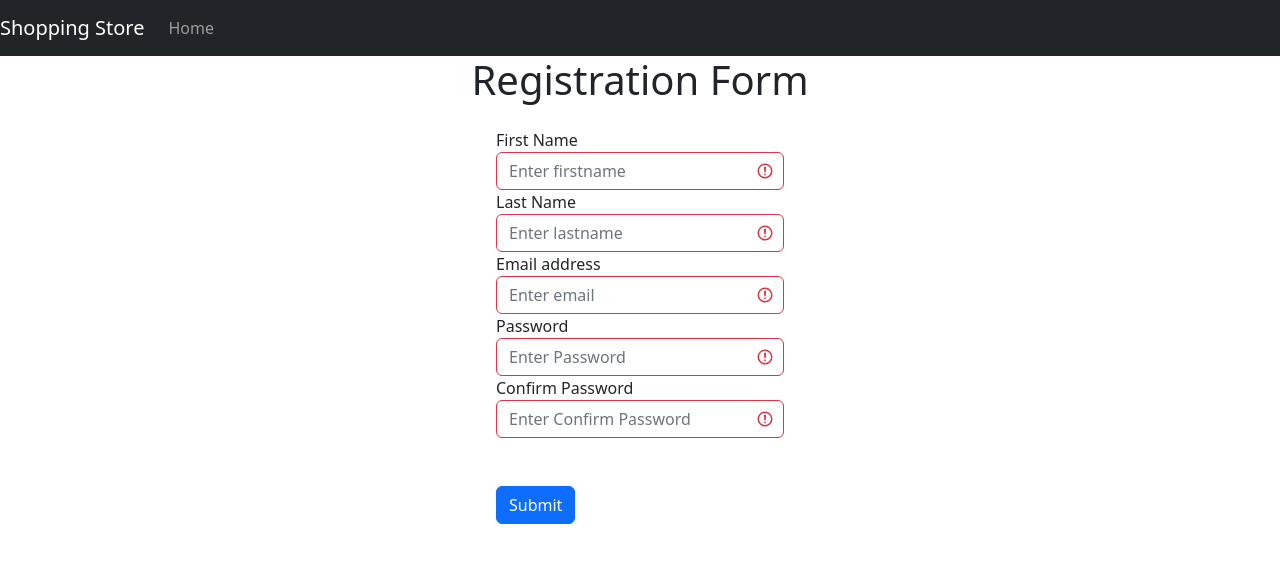
Repository: mayank-gupta0/nagarroproject
Page: http://localhost/SpringMvcServiceLayer/WEB-INF/jsp/register.jsp
The author's editor kept a copy of each file at every save. The page is drawn from the files as they stood at one save, then again after the next save.
The browser window is 1280 px wide. The pictures show the whole page.
The page is served by Tomcat 9. Nobody is signed in. Other server files are loaded and not shown. The template is opened directly, without the code that normally fills it, so the values that code supplies are empty.

Above is the page before, as saved 2022-08-22 12:28:21.

### springmvcworkspace/SpringMvcServiceLayer/src/main/webapp/WEB-INF/jsp/register.jsp
<%@ page language="java" contentType="text/html; charset=ISO-8859-1"
	pageEncoding="ISO-8859-1"%>
<!DOCTYPE html>
<html>
<head>
<meta charset="ISO-8859-1">
<link
	href="https://cdn.jsdelivr.net/npm/bootstrap@5.2.0/dist/css/bootstrap.min.css"
	rel="stylesheet"
	integrity="sha384-gH2yIJqKdNHPEq0n4Mqa/HGKIhSkIHeL5AyhkYV8i59U5AR6csBvApHHNl/vI1Bx"
	crossorigin="anonymous">
<title>Registration Page</title>

</head>
<body>
	<nav class="navbar navbar-expand-lg navbar-dark bg-dark">
		<a class="navbar-brand font-weight-bold" href="home">Shopping
			Store</a>
		<button class="navbar-toggler" type="button" data-toggle="collapse"
			data-target="#navbarSupportedContent"
			aria-controls="navbarSupportedContent" aria-expanded="false"
			aria-label="Toggle navigation">
			<span class="navbar-toggler-icon"></span>
		</button>

		<div class="collapse navbar-collapse" id="navbarSupportedContent">
			<ul class="navbar-nav mr-auto">
				<li class="nav-item"><a class="nav-link" href="home">Home</a></li>

			</ul>
		</div>
	</nav>
	<h1 class="text-center">Registration Form</h1>
	<div class="container w-25 p-3">
		<form class="was-validated" id="regForm" modelAttribute="UserResponse"
			action="registerProcess" method="post">

			<div class="form-group">
				<label for="exampleInputPassword1">First Name</label> <input
					type="text" class="form-control" id="exampleInputfirstname"
					placeholder="Enter firstname" name=firstName required>

			</div>

			<div class="form-group">
				<label for="exampleInputPassword1">Last Name</label> <input
					type="text" class="form-control" id="exampleInputlastname"
					placeholder="Enter lastname" name="lastName" required>


			</div>

			<div class="form-group">
				<label for="exampleInputEmail1">Email address</label> <input
					type="email" class="form-control" id="exampleInputEmail1"
					aria-describedby="emailHelp" placeholder="Enter email" name="email"
					required>


			</div>

			<div class="form-group">
				<label for="exampleInputPassword1">Password</label> <input
					type="password" class="form-control" id="exampleInputPassword1"
					placeholder="Enter Password" name="password" required>


			</div>

			<div class="form-group">
				<label for="exampleInputPassword1">Confirm Password</label> <input
					type="password" class="form-control" id="exampleInputPassword2"
					placeholder="Enter Confirm Password" name="confirmPassword"
					required>


			</div>
			<button type="submit" class="btn btn-primary my-5">Submit</button>
		</form>
	</div>
</body>
</html>









































<%-- <%@ taglib prefix="form" uri="http://www.springframework.org/tags/form"%>

<%@ page language="java" contentType="text/html; charset=ISO-8859-1"
	pageEncoding="ISO-8859-1"%>
<html>
<head>
<meta http-equiv="Content-Type" content="text/html; charset=ISO-8859-1">
<title>Registration</title>
</head>
<body>
	<form:form id="regForm" modelAttribute="UserResponse"
		action="registerProcess" method="post">
		<center>
			<h2>Registration :</h2>
			<hr>
		</center>
		<table align="center">
			<tr>
				<td><form:label path="firstName">FirstName</form:label></td>
				<td><form:input path="firstName" name="firstName"
						id="firstname" /></td>
			</tr>
			<tr>
				<td><form:label path="lastName">LastName</form:label></td>
				<td><form:input path="lastName" name="lastName" id="lastname" /></td>
			</tr>
			<tr>
				<td><form:label path="email">Email</form:label></td>
				<td><form:input path="email" name="email" id="email" /></td>
			</tr>
			<tr>
				<td><form:label path="password">Password</form:label></td>
				<td><form:password path="password" name="password"
						id="password" /></td>
			</tr>

			<tr>
				<td><form:label path="confirmPassword">Confirm Password</form:label></td>
				<td><form:password path="confirmPassword"
						name="confirmpassword" id="confirmPassword" /></td>
			</tr>

			<tr>
				<td></td>
				<td><form:button id="register" name="register">Register</form:button></td>
			</tr>
			<tr></tr>
			<tr>
				<td></td>
				<td><a href="index.jsp">Home</a></td>

			</tr>

		</table>
	</form:form>

</body>
</html>
 --%>

After the next save:
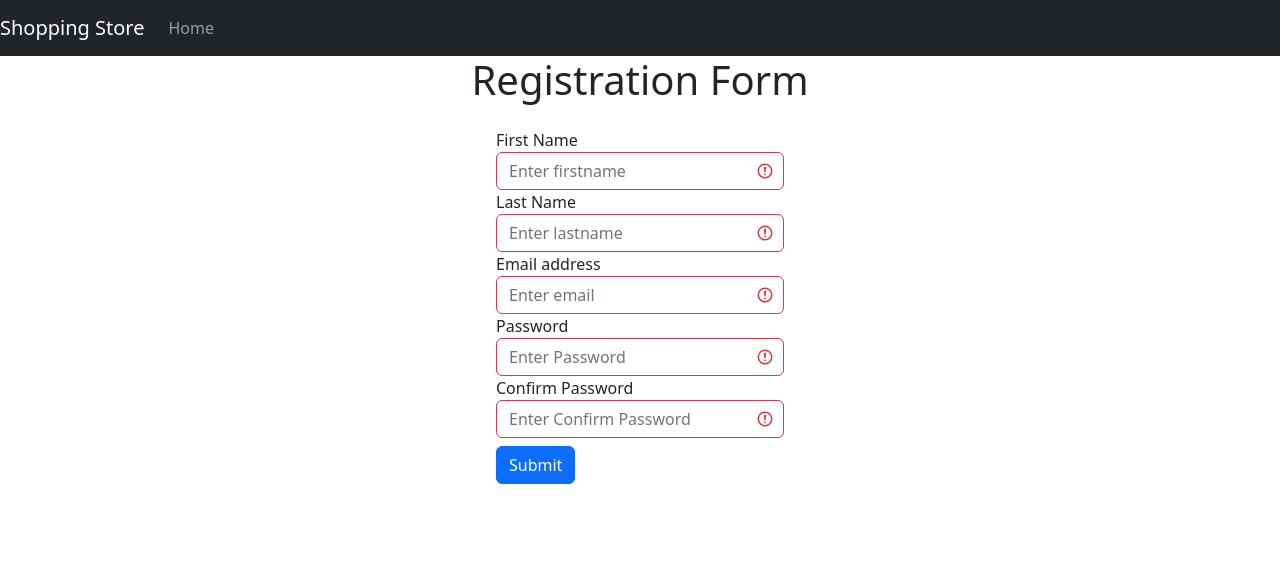
Saved 8 s later.
--- a/springmvcworkspace/SpringMvcServiceLayer/src/main/webapp/WEB-INF/jsp/register.jsp
+++ b/springmvcworkspace/SpringMvcServiceLayer/src/main/webapp/WEB-INF/jsp/register.jsp
@@ -75,7 +75,7 @@
 
 
 			</div>
-			<button type="submit" class="btn btn-primary my-5">Submit</button>
+			<button type="submit" class="btn btn-primary my-2">Submit</button>
 		</form>
 	</div>
 </body>
